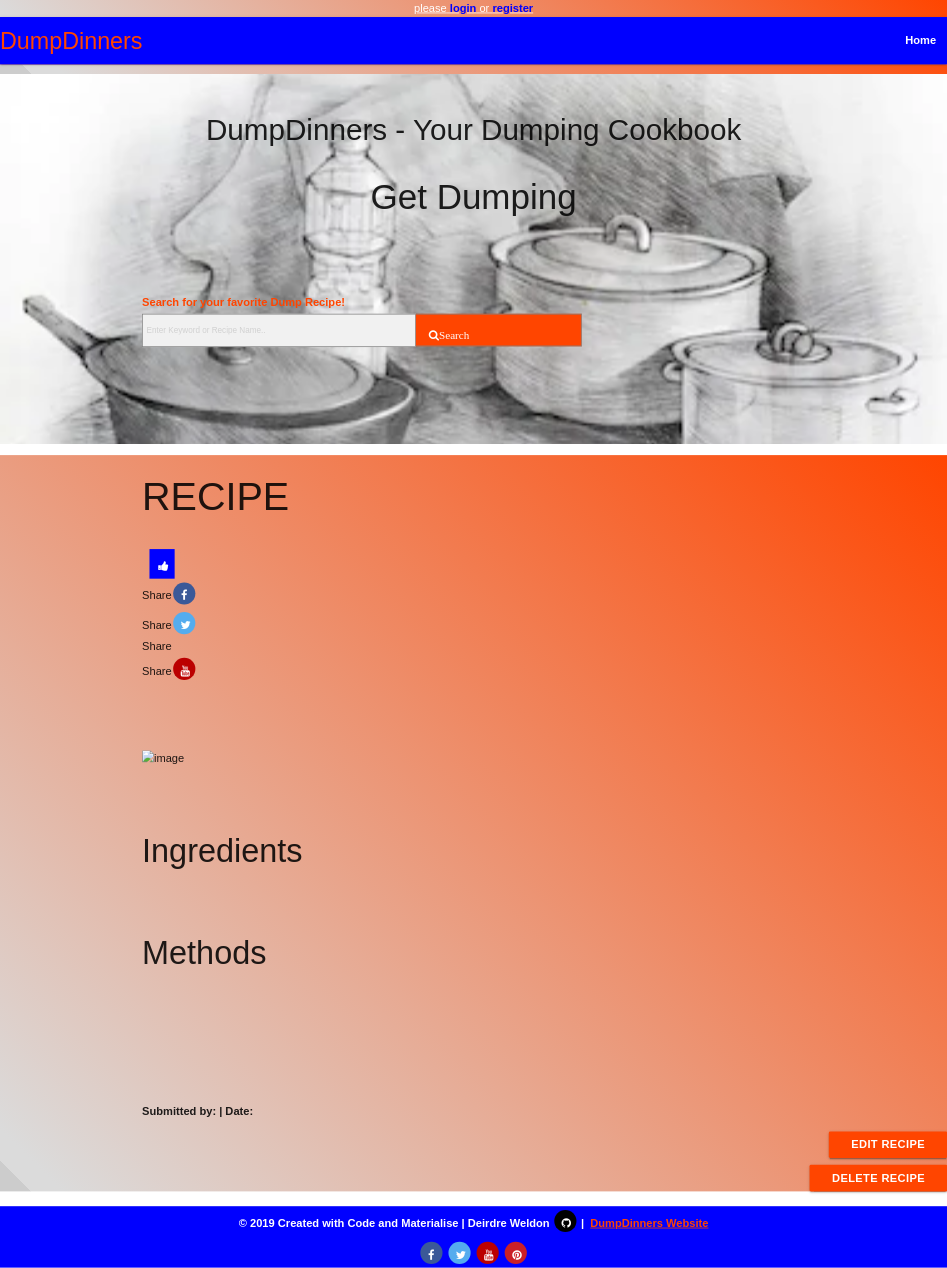
Repository: Deirdre18/dumpdinners-recipe-app
Page: templates/recipe.html
The author's editor kept a record of every edit. The page is drawn from the files as they stood at one moment, then again after the next edit.
The browser window is 1280 px wide. The pictures show the whole page, at 74% of full size.
Some web libraries are served in a nearby version. The page is served by the project's application, run on Flask 3 (app.py). The template is opened directly, without the code that normally fills it, so the values that code supplies are empty.

Above is the page before.

After the next edit:
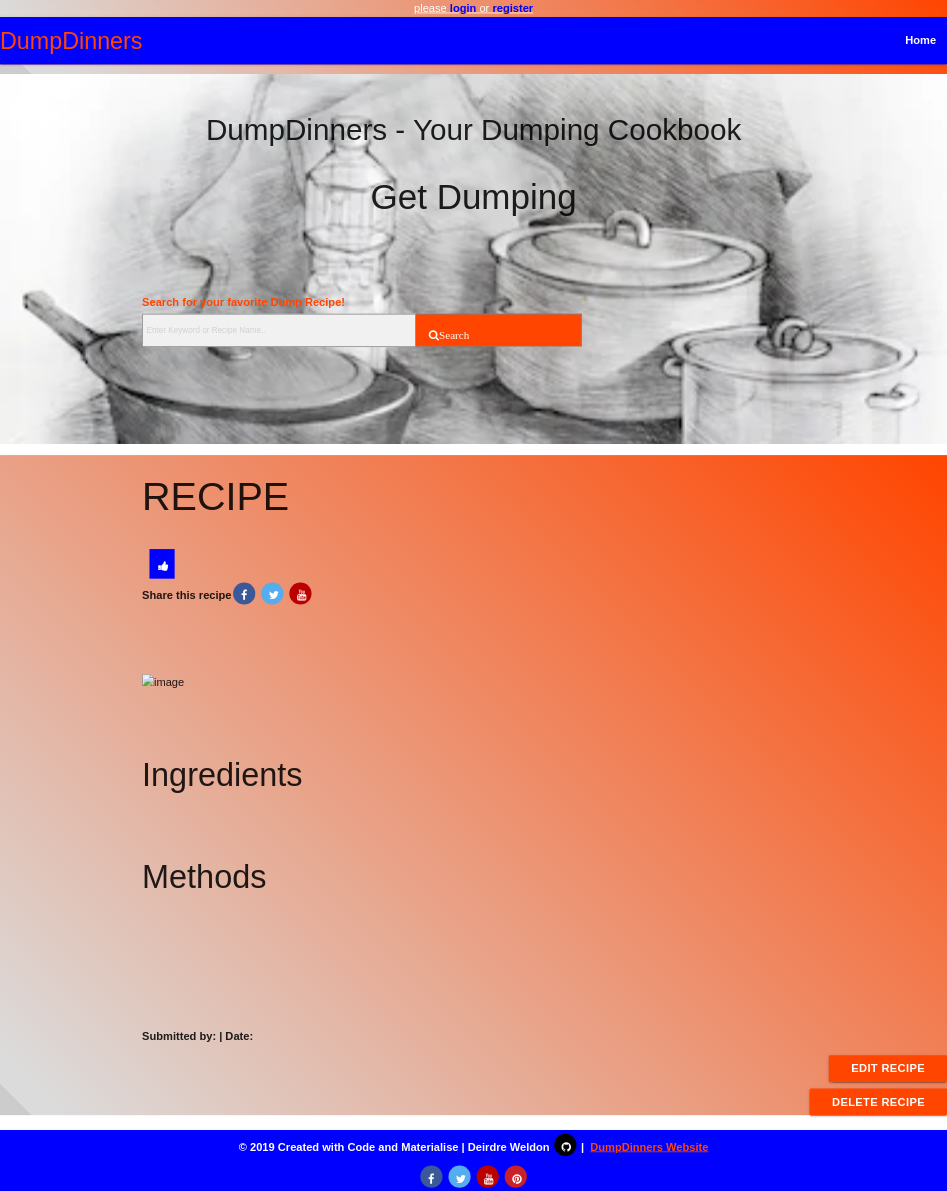
The edit:
--- a/templates/recipe.html
+++ b/templates/recipe.html
@@ -30,10 +30,10 @@
              	</button><br>
 <!--http://www.sharelinkgenerator.com/-->
 
-				Share<a href="https://www.facebook.com/sharer/sharer.php?u=" class="fa fa-facebook"></a><br>
-				Share<a href="https://www.twitter.com/sharer/sharer.php?u=" class="fa fa-twitter"></a><br>
-				Share<a href="https://www.instagram.com/sharer/sharer.php?u="></a></a><br>
-				Share<a href="https://www.youtube.com/sharer/sharer.php?u=" class="fa fa-youtube"></a><br>
+				<strong>Share this recipe</strong><a href="https://www.facebook.com/sharer/sharer.php?u=" class="fa fa-facebook"></a>
+				<a href="https://www.twitter.com/sharer/sharer.php?u=" class="fa fa-twitter"></a>
+				<a href="https://www.instagram.com/sharer/sharer.php?u="></a>
+				<a href="https://www.youtube.com/sharer/sharer.php?u=" class="fa fa-youtube"></a>
 
 
 
